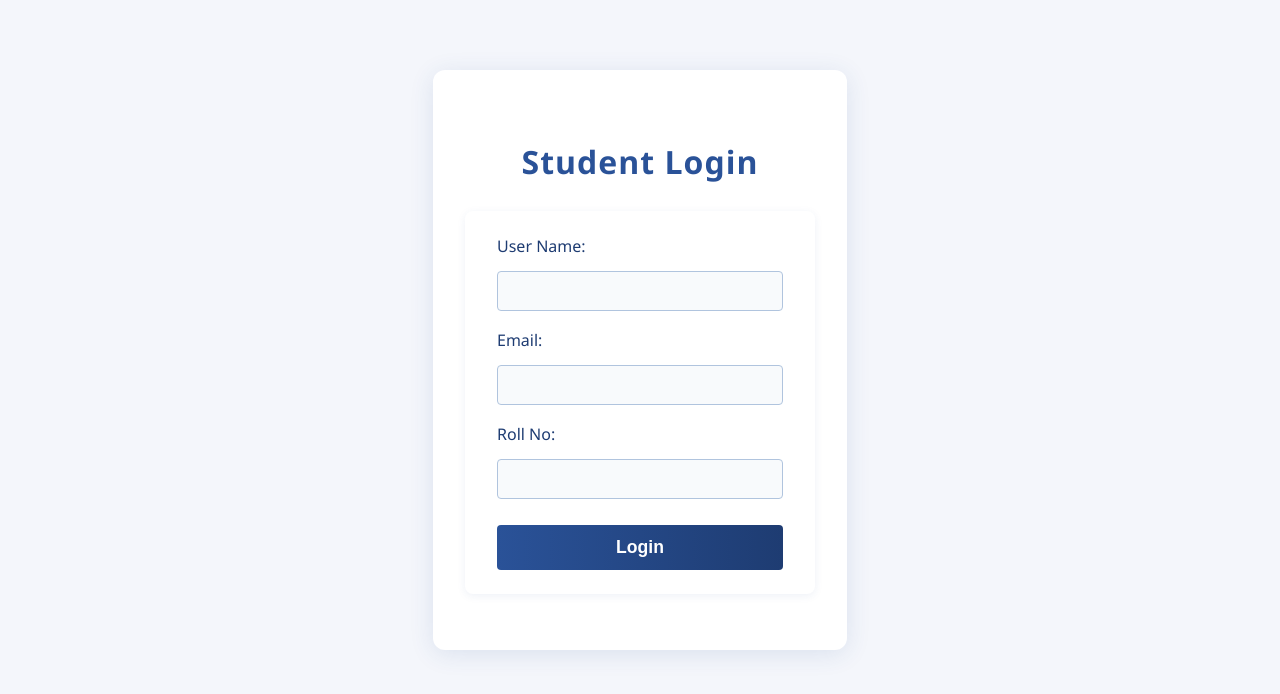
Repository: Santhosh-Sks/Academic-FullStack-Lab
Page: LAB-2/public/login.html
The author's editor kept a copy of each file at every save. The page is drawn from the files as they stood at one save, then again after the next save.
The browser window is 1280 px wide. The pictures show the whole page.

Above is the page before, as saved 2025-07-04 20:17:57.

### LAB-2/public/login.html
<!DOCTYPE html>
<html lang="en">
<head>
    <meta charset="UTF-8">
    <title>Student Login</title>
    <link rel="stylesheet" href="/style.css">
    <style>
        body {
            background: #f4f6fb;
            min-height: 100vh;
            display: flex;
            align-items: center;
            justify-content: center;
        }
        .login-container {
            background: #fff;
            padding: 40px 32px 32px 32px;
            border-radius: 12px;
            box-shadow: 0 4px 24px rgba(42,82,152,0.12);
            max-width: 350px;
            width: 100%;
            margin: 0 auto;
        }
        h2 {
            text-align: center;
            color: #2a5298;
            margin-bottom: 28px;
            font-size: 2em;
            font-weight: 700;
            letter-spacing: 1px;
        }
        label {
            color: #1e3c72;
            font-weight: 500;
            margin-bottom: 6px;
            display: block;
        }
        input[type="text"], input[type="email"] {
            width: 100%;
            padding: 10px;
            margin-bottom: 18px;
            border: 1px solid #b0c4de;
            border-radius: 4px;
            font-size: 1em;
            background: #f8fafc;
            transition: border 0.2s;
        }
        input[type="text"]:focus, input[type="email"]:focus {
            border: 1.5px solid #2a5298;
            outline: none;
        }
        button {
            width: 100%;
            background: linear-gradient(90deg, #2a5298 0%, #1e3c72 100%);
            color: #fff;
            border: none;
            padding: 12px 0;
            border-radius: 4px;
            font-size: 1.1em;
            font-weight: 600;
            cursor: pointer;
            transition: background 0.2s;
            margin-top: 8px;
        }
        button:hover {
            background: linear-gradient(90deg, #1e3c72 0%, #2a5298 100%);
        }
        .success-message {
            display: none;
            text-align: center;
            color: #2a5298;
            font-weight: 600;
            margin-bottom: 16px;
            font-size: 1.1em;
        }
    </style>
</head>
<body>
    <div class="login-container">
        <h2>Student Login</h2>
        <div class="success-message" id="successMsg">Login successful! Redirecting...</div>
        <form id="loginForm" action="/login" method="POST">
            <label>User Name:</label>
            <input type="text" name="username" required>

            <label>Email:</label>
            <input type="email" name="email" required>

            <label>Roll No:</label>
            <input type="text" name="rollno" required>

            <button type="submit">Login</button>
        </form>
    </div>
    <script>
      document.getElementById('loginForm').addEventListener('submit', function(e) {
        e.preventDefault();
        document.getElementById('successMsg').style.display = 'block';
        setTimeout(() => {
          e.target.submit();
        }, 1000);
      });
    </script>
</body>
</html>

### LAB-2/public/style.css
body {
    font-family: 'Segoe UI', Arial, sans-serif;
    background: #f4f6fb;
    color: #222;
    margin: 0;
    padding: 0;
}

h2 {
    color: #2a5298;
    margin-top: 30px;
}

form {
    background: #fff;
    padding: 24px 32px;
    border-radius: 8px;
    box-shadow: 0 2px 8px rgba(42,82,152,0.08);
    max-width: 400px;
    margin: 24px auto;
}

label {
    font-weight: 500;
    color: #2a5298;
}

input[type="text"], input[type="email"] {
    width: 100%;
    padding: 10px;
    margin: 8px 0 16px 0;
    border: 1px solid #b0c4de;
    border-radius: 4px;
    box-sizing: border-box;
    font-size: 1em;
}

button {
    background: linear-gradient(90deg, #2a5298 0%, #1e3c72 100%);
    color: #fff;
    border: none;
    padding: 10px 24px;
    border-radius: 4px;
    font-size: 1em;
    cursor: pointer;
    transition: background 0.2s;
}

button:hover {
    background: linear-gradient(90deg, #1e3c72 0%, #2a5298 100%);
}

ul {
    max-width: 500px;
    margin: 24px auto;
    padding: 0;
    list-style: none;
}

li {
    background: #fff;
    margin-bottom: 12px;
    padding: 16px;
    border-radius: 6px;
    box-shadow: 0 1px 4px rgba(42,82,152,0.06);
    font-size: 1.1em;
}

a {
    color: #2a5298;
    text-decoration: none;
    font-weight: 500;
}
a:hover {
    text-decoration: underline;
}

p {
    text-align: center;
}

After the next save:
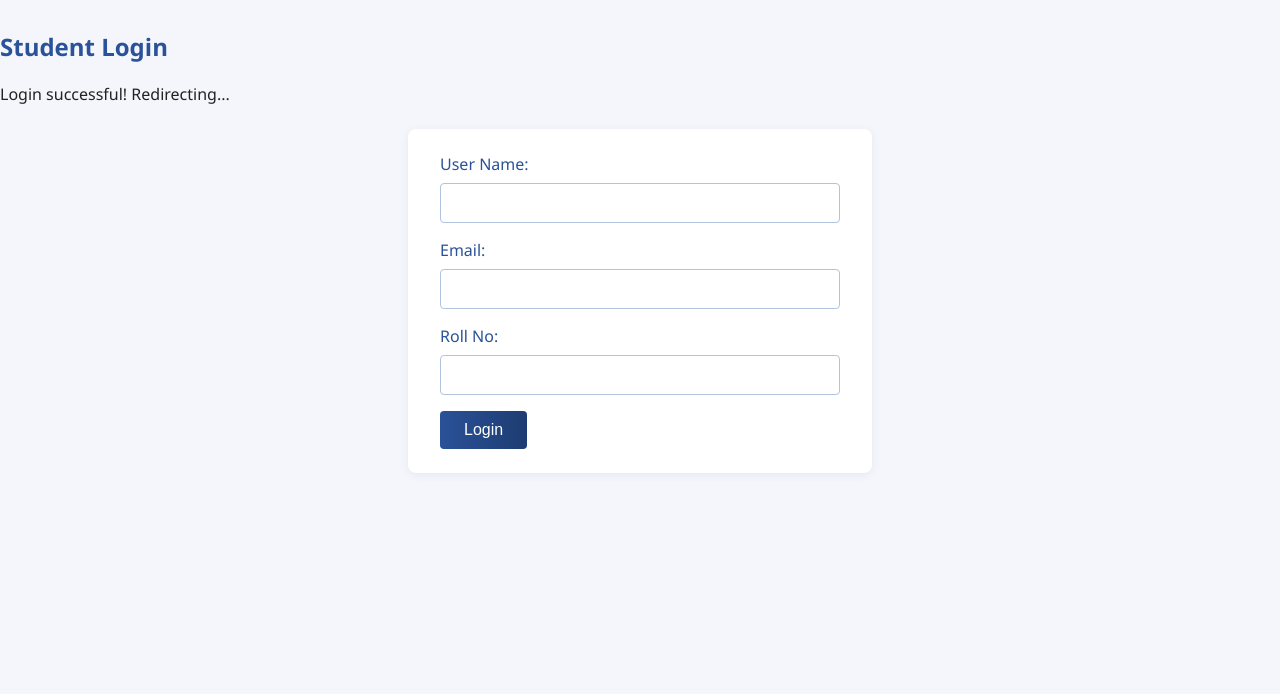
Saved 4 min 9 s later.
--- a/LAB-2/public/login.html
+++ b/LAB-2/public/login.html
@@ -4,76 +4,6 @@
     <meta charset="UTF-8">
     <title>Student Login</title>
     <link rel="stylesheet" href="/style.css">
-    <style>
-        body {
-            background: #f4f6fb;
-            min-height: 100vh;
-            display: flex;
-            align-items: center;
-            justify-content: center;
-        }
-        .login-container {
-            background: #fff;
-            padding: 40px 32px 32px 32px;
-            border-radius: 12px;
-            box-shadow: 0 4px 24px rgba(42,82,152,0.12);
-            max-width: 350px;
-            width: 100%;
-            margin: 0 auto;
-        }
-        h2 {
-            text-align: center;
-            color: #2a5298;
-            margin-bottom: 28px;
-            font-size: 2em;
-            font-weight: 700;
-            letter-spacing: 1px;
-        }
-        label {
-            color: #1e3c72;
-            font-weight: 500;
-            margin-bottom: 6px;
-            display: block;
-        }
-        input[type="text"], input[type="email"] {
-            width: 100%;
-            padding: 10px;
-            margin-bottom: 18px;
-            border: 1px solid #b0c4de;
-            border-radius: 4px;
-            font-size: 1em;
-            background: #f8fafc;
-            transition: border 0.2s;
-        }
-        input[type="text"]:focus, input[type="email"]:focus {
-            border: 1.5px solid #2a5298;
-            outline: none;
-        }
-        button {
-            width: 100%;
-            background: linear-gradient(90deg, #2a5298 0%, #1e3c72 100%);
-            color: #fff;
-            border: none;
-            padding: 12px 0;
-            border-radius: 4px;
-            font-size: 1.1em;
-            font-weight: 600;
-            cursor: pointer;
-            transition: background 0.2s;
-            margin-top: 8px;
-        }
-        button:hover {
-            background: linear-gradient(90deg, #1e3c72 0%, #2a5298 100%);
-        }
-        .success-message {
-            display: none;
-            text-align: center;
-            color: #2a5298;
-            font-weight: 600;
-            margin-bottom: 16px;
-            font-size: 1.1em;
-        }
-    </style>
 </head>
 <body>
     <div class="login-container">
